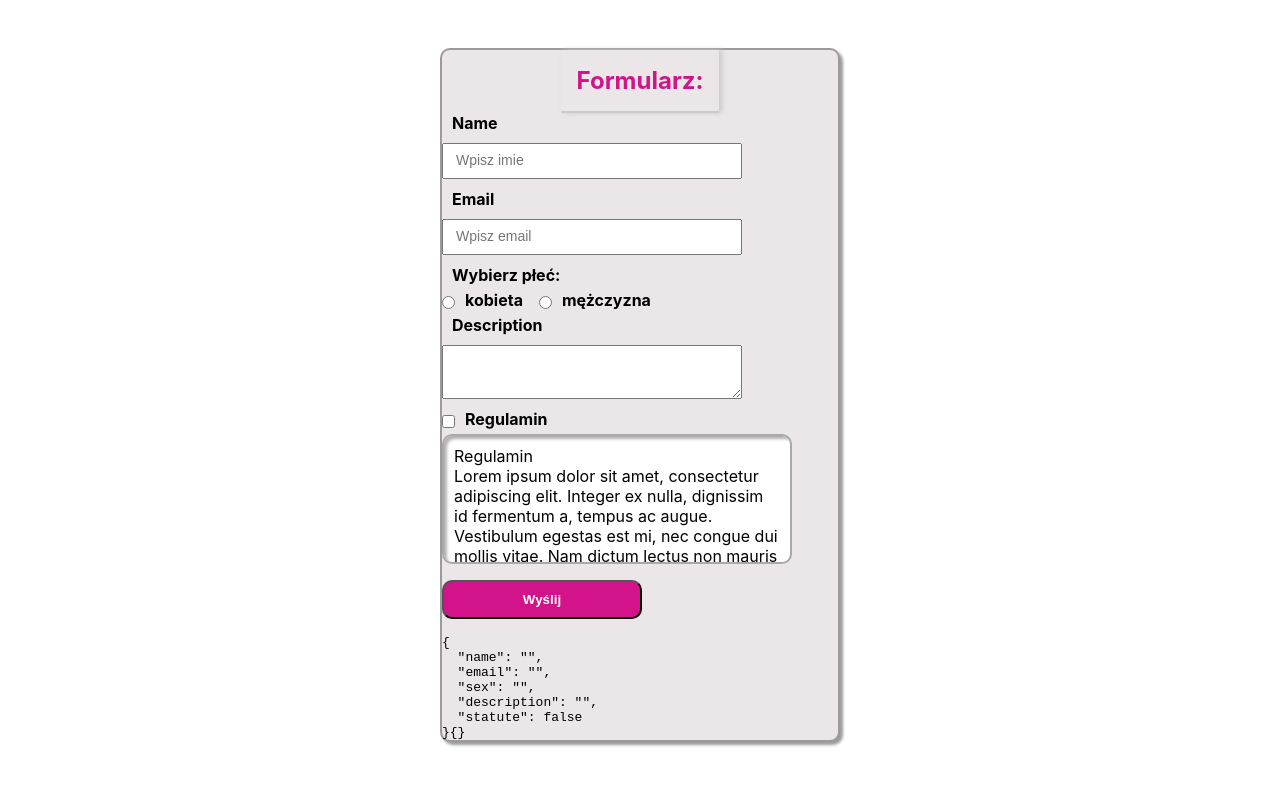
Repository: KrzysKolo/sr_tydzien4_zad3
Page: /
These files come from the project's save history. The page is drawn as it stood at one moment and after the next save; the edit follows.
The browser window is 1280 px wide. The pictures show the whole page.
The project was rebuilt for these pictures with package versions that can differ from the ones it lists, and the page was loaded fresh each time. Also part of the build but not shown: src/components/FormComponents/TextError.js.

Above is the page before, as saved 2020-11-19 15:18:40.

### src/App.js
import React from 'react';
import './App.css';
import FormikContainer from './components/Formik/FormikContainer';
import Header from './components/Header';
const App = () => {
  return (
    <main className="App">
      <Header />
      <FormikContainer />
    </main>
   );
}

export default App;

### src/App.css
* {
  margin: 0;
  padding: 0;
  box-sizing: border-box;
}
.App {
  margin: 3rem auto;
  width: 400px;
  background-color: rgb(235, 231, 232);
  border: 2px solid rgb(155, 155, 155);
  border-radius: 10px;
  box-shadow: 3px 3px 3px rgb(155, 155, 155);
  display: flex;
  flex-direction: column;
  align-content: center;
}
/* .section {
  display: flex;
  flex-direction: row;
  margin: 1rem 2rem;
  justify-content: space-between;
} */
label {
  font-weight: bold;
  display: flex;
  margin-bottom: 5px;
  margin-left: 10px;
}
input[type="text"],
input[type="email"],
textarea {
  display: block;
  width: 300px;
  padding: 6px 12px;
  font-size: 14px;
  line-height: 1.4285;
  color: #555;
  margin: 10px 0;
}
.error {
  color: red;
}
.row {
  display: flex;
  flex-direction: row;
  align-items: center;
  margin-right: 1rem;
}
.statute {
  border: 2px solid rgb(170, 169, 169);
  border-radius: 10px;
  box-shadow: inset 3px 3px 3px rgb(181, 177, 178);
  background: #ffffff;
  height: 130px;
  width: 350px;
  padding: 10px;
  overflow: auto;
}
.btn-send {
  background-color: rgba(211, 19, 137, 1);
  border-radius: 10px;
  color: white;
  cursor: pointer;
  font-weight: bold;
  margin: 1rem auto;
  padding: 10px;
  width: 200px;
  transition: all 0.3s ease-in-out;
}
.btn-send:hover {
  background-color: rgba(211, 19, 137, 0.5);
}
.header {
  color: rgba(211, 19, 137, 1);
  margin: 0 auto;
  text-align: center;
  font-weight: bold;
  border-bottom: 2px solid rgb(204, 201, 204);
  padding: 1rem;
  box-shadow: 3px 0 5px rgb(204, 201, 204);
}

### src/components/Formik/FormikContainer.js
import React, { useState } from 'react';
import { Formik, Form } from 'formik';
import * as yup from 'yup';
import FormikControl from './FormikControl';
import RadioOptions from './../../data/RadioOptions';

const FormikContainer = () => {
    const [systemMessage, setSystemMessage] = useState("");

    const onSubmit = (data, event) => {
      event.target.reset();
      setSystemMessage(<p>Dziękujemy za wysłanie!</p>);
    };
    const initialValues = {
        name: '',
        email: '',
        sex: '',
        description: '',
        statute: false,
    }

    const validationSchema = yup.object({
        name: yup.string().required("Imię jest obowiązkowe!").min(2,"Twóje imię musi mieć więcej niż 2 znaki!").max(30,'Twoje imię może mieć maxymalnie 30 znaków!'),
        email: yup.string().required("Email jest wymagany!").email("Adres zawiera błędy"),
        sex: yup.string().required('Zaznacz jedną wartość!'),
        description: yup.string().required('Wpisz kilka słów!').min(2, "Wpisz co najmniej 2 znaki").max(100, "Możesz wpisać max. 250 znaków"),
        statute: yup.boolean().required().oneOf([true], 'Musisz zaznaczyć regulamin!'),
    });
    const [ showMessage, setShowMessage ] = useState(false);

    return (
        <Formik
            initialValues={initialValues}
            validationSchema={validationSchema}
            onSubmit={onSubmit}
        >
            { ({formik, values, errors}) => (
                <Form className="form-wrapper">
                    <section className="section">
                        <FormikControl control='input' type='text' label='Name' name='name' placeholder="Wpisz imie"/>
                        <FormikControl control='input' type='email' label='Email' name='email' placeholder="Wpisz email"/>
                    </section>
                    <section className="section">
                        <FormikControl control='radio' label='Wybierz płeć: ' name='sex' options={RadioOptions}/>
                    </section>
                    <section className="section">
                        <FormikControl control='textarea' label='Description' name='description'/>
                    </section>
                    <section className="section">
                        <FormikControl control='checkbox' label='Regulamin' name='statute'/>
                        <div className="statute">
                            Regulamin<br/>
                            <p>Lorem ipsum dolor sit amet, consectetur adipiscing elit. Integer ex nulla, dignissim id fermentum a, tempus ac augue. Vestibulum egestas est mi, nec congue dui mollis vitae. Nam dictum lectus non mauris hendrerit efficitur. Donec imperdiet nec nibh et interdum. Fusce ornare consequat sapien. Pellentesque rhoncus tempor vulputate. Aliquam eu diam laoreet, tincidunt nulla ut, dignissim turpis. Aliquam est ante, luctus sed felis et, iaculis sollicitudin tellus. Cras congue tincidunt viverra. Sed vestibulum faucibus lacus, eu dictum lorem porta id. Praesent a placerat ligula. Vestibulum faucibus ornare erat, id elementum est vehicula eu. Nunc pulvinar dolor lacus. Vestibulum dapibus efficitur orci, ac rhoncus augue auctor ut.</p>
                        </div>
                    </section>
                    <section className="section">
                         <button className="btn-send" type="submit">Wyślij</button>
                    </section>
                    <pre>
                        {JSON.stringify(values, null, 2)}
                        {JSON.stringify(errors, null, 2)}

                    </pre>
                    <>{systemMessage}</>

                </Form>
            )

            }

        </Formik>
    )
}
export default FormikContainer;

### src/components/Header.js
import React from 'react';
const Header = () => {
    return (
        <section className="header">
            <h2>Formularz: </h2>
        </section>
     );
}

export default Header;

### src/components/Formik/FormikControl.js
import { Input, Radio, Checkbox, TextArea } from './../FormComponents/';


const FormikControl = (props) => {
    const { control, ...rest } = props;
    switch(control) {
        case 'input': return <Input {...rest} />
        case 'radio': return <Radio {...rest} />
        case 'textarea': return <TextArea {...rest} />
        case 'checkbox': return <Checkbox {...rest} />
        default: return null
    }
}

export default FormikControl;

### src/data/RadioOptions.js
const RadioOptions=[
    { id: 0, value: "kobieta", label: 'kobieta' },
    { id: 1, value: "mężczyzna", label: 'mężczyzna' },
   ];
export default RadioOptions;

### src/components/FormComponents/index.js
export { default as Input } from "./Input";
export { default as Radio } from "./Radio";
export { default as Checkbox } from "./Checkbox";
export { default as TextArea } from "./TextArea";

### src/components/FormComponents/Input.js
import React from 'react';
import{ Field, ErrorMessage } from 'formik';
import TextError from './TextError';

const Input = (props) => {
    const { label, name, ...rest } = props;
    return (
        <div className="form-control">
             <label htmlFor={name}>{label}</label>
            <Field id={name} name={name} {...rest} />
            <ErrorMessage name={name} component={TextError} />
        </div>
     );
}

export default Input;

### src/components/FormComponents/Radio.js
import React from 'react';
import{ Field, ErrorMessage } from 'formik';
import TextError from './TextError';

const Radio = (props) => {
    const { label, name, options, ...rest } = props;
    return (
        <div className="form-control">
            <label htmlFor={name}>{label}</label>
            <div className="row">
                <Field name={name} {...rest}>
                    {
                    ({ field }) => {
                        return options.map(option => {
                            return (
                                <div className="row" key={option.id} >
                                    <input type='radio' id={option.id} {...field} value={option.value} checked={field.value === option.value}/>
                                    <label htmlFor={option.id}>{option.label}</label>
                                </div>
                            )
                        })
                    }
                    }
                </Field>
            </div>
            <ErrorMessage name={name} component={TextError} />
        </div>
     );
}

export default Radio;

### src/components/FormComponents/Checkbox.js
import React from 'react';
import{ Field, ErrorMessage } from 'formik';
import TextError from './TextError';

const Checkbox = (props) => {
    const { label, name, ...rest } = props;
    return (
        <div className="form-control">
            <div className="row">
                <Field type='checkbox' id={name} name="statute" {...rest}/>
                <label htmlFor={name}>{label}</label>
            </div>
            <ErrorMessage name={name} component={TextError} />
        </div>
     );
}

export default Checkbox;

### src/components/FormComponents/TextArea.js
import React from 'react';
import{ Field, ErrorMessage } from 'formik';
import TextError from './TextError';

const TextArea = (props) => {
    const { label, name, ...rest } = props;
    return (
        <div className="form-control">
            <label htmlFor={name}>{label}</label>
            <Field as ='textarea' id={name} name={name} {...rest} />
            <ErrorMessage name={name} component={TextError} />
        </div>
     );
}

export default TextArea;

Loaded but not shown: public/index.html (common file); src/index.js (common file); src/index.css (common file)

After the next save:
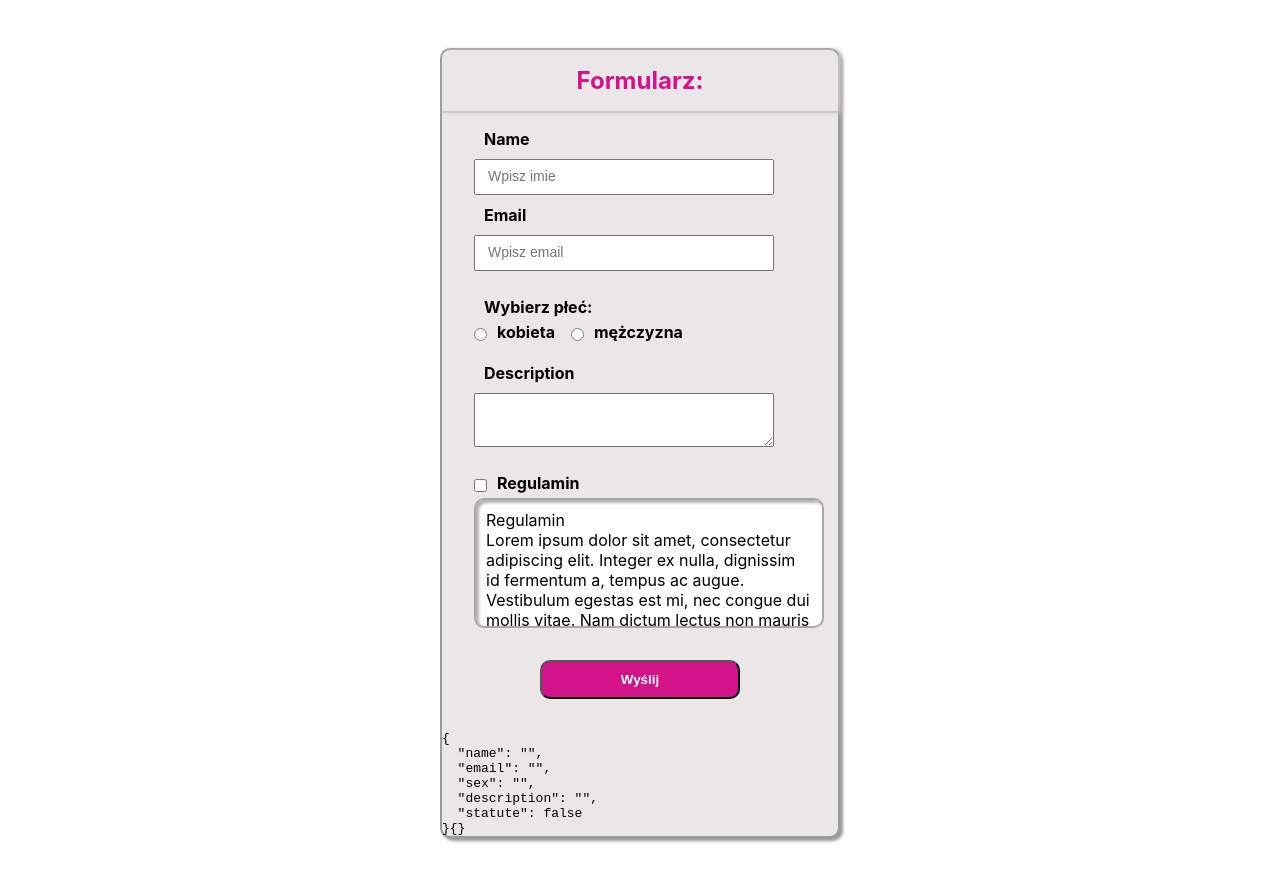
Saved 34 s later.
--- a/src/App.css
+++ b/src/App.css
@@ -10,16 +10,13 @@
   border: 2px solid rgb(155, 155, 155);
   border-radius: 10px;
   box-shadow: 3px 3px 3px rgb(155, 155, 155);
+}
+.section {
   display: flex;
   flex-direction: column;
-  align-content: center;
-}
-/* .section {
-  display: flex;
-  flex-direction: row;
   margin: 1rem 2rem;
   justify-content: space-between;
-} */
+}
 label {
   font-weight: bold;
   display: flex;
